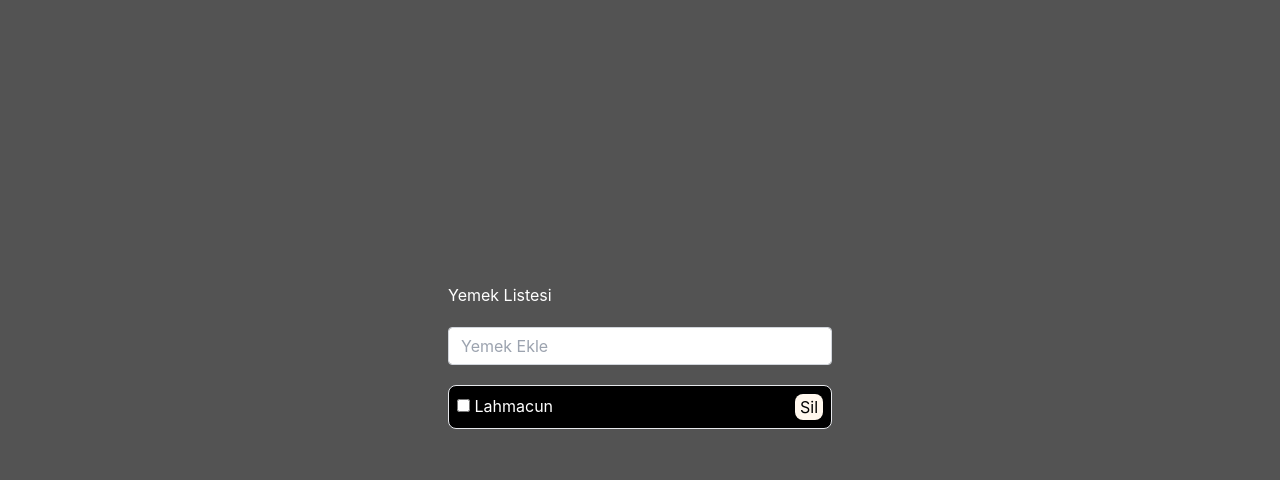
Repository: muratyildiz63/Composition-API-Nedir-todo-list
Page: /
An editor plug-in stored every save of this project. The page is shown before and after the next save, followed by the edit.
The browser window is 1280 px wide. The pictures show the whole page.
The project was rebuilt for these pictures with package versions that can differ from the ones it lists, and the page was loaded fresh each time. Also part of the build but not shown: vite.config.js.

Above is the page before, as saved 2022-08-16 07:00:24.

After the next save:
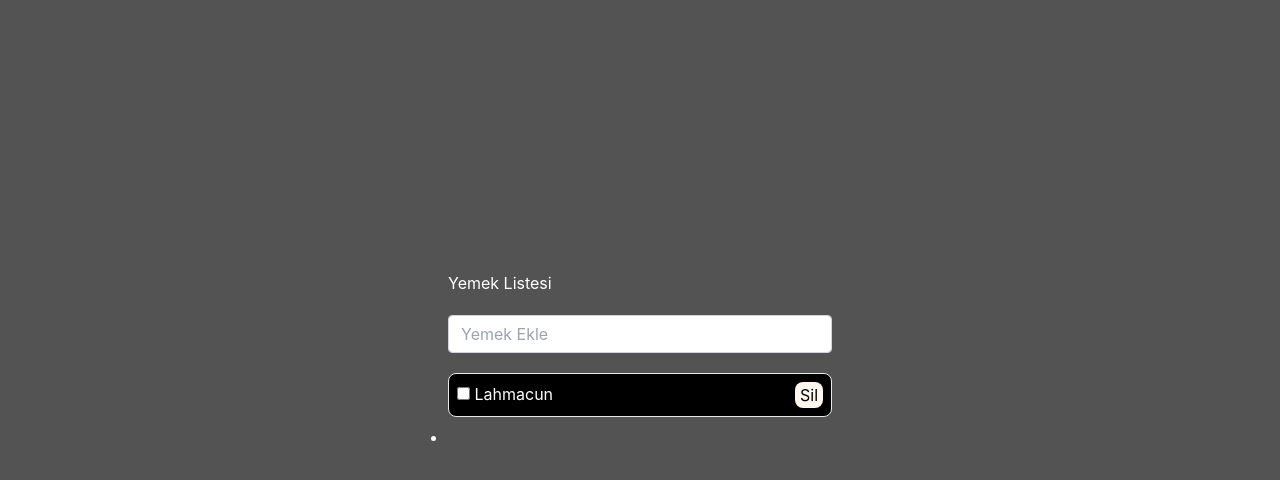
Saved 2 days later.
--- a/src/components/todoList.vue
+++ b/src/components/todoList.vue
@@ -2,6 +2,7 @@
   <div class="flex justify-center">
     <div class="rounded-lg w-96">
     <TodoListItem  v-for="food in  foodList" :key="food.id" :item="food" />
+    <summary />
     </div>
   </div>
 </template>
